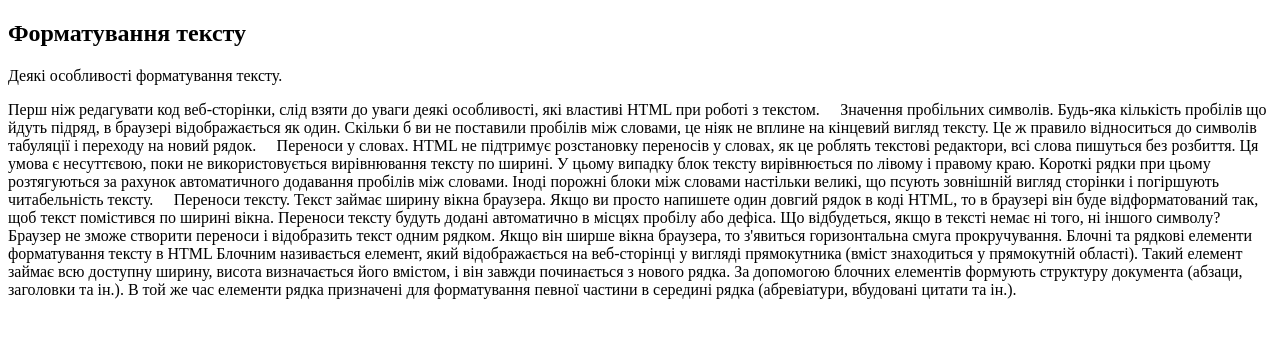
Repository: KseniaMakara/Web
Page: Web/directory.html
The author's editor kept a copy of each file at every save. The page is drawn from the files as they stood at one save, then again after the next save.
The browser window is 1280 px wide. The pictures show the whole page.

Above is the page before, as saved 2021-02-15 16:09:51.

### Web/directory.html

    <!doctype HTML>
    <html>
        <head>
           <title>First HTML</title>
        </head>
    <body>
        <h2>Форматування тексту </h2>
        <p>Деякі особливості форматування тексту.</p>
        Перш ніж редагувати код веб-сторінки, слід взяти до уваги деякі
        особливості, які властиві HTML при роботі з текстом.
         Значення пробільних символів. Будь-яка кількість пробілів що йдуть
        підряд, в браузері відображається як один. Скільки б ви не поставили пробілів
        між словами, це ніяк не вплине на кінцевий вигляд тексту. Це ж правило
        відноситься до символів табуляції і переходу на новий рядок.
         Переноси у словах. HTML не підтримує розстановку переносів у
        словах, як це роблять текстові редактори, всі слова пишуться без розбиття. Ця
        умова є несуттєвою, поки не використовується вирівнювання тексту по ширині.
        У цьому випадку блок тексту вирівнюється по лівому і правому краю. Короткі
        рядки при цьому розтягуються за рахунок автоматичного додавання пробілів між
        словами. Іноді порожні блоки між словами настільки великі, що псують
        зовнішній вигляд сторінки і погіршують читабельність тексту.
         Переноси тексту. Текст займає ширину вікна браузера. Якщо ви
        просто напишете один довгий рядок в коді HTML, то в браузері він буде
        відформатований так, щоб текст помістився по ширині вікна. Переноси тексту
        будуть додані автоматично в місцях пробілу або дефіса. Що відбудеться, якщо в
        тексті немає ні того, ні іншого символу? Браузер не зможе створити переноси і
        відобразить текст одним рядком. Якщо він ширше вікна браузера, то з'явиться
        горизонтальна смуга прокручування.
        Блочні та рядкові елементи форматування тексту в HTML
        Блочним називається елемент, який відображається на веб-сторінці у вигляді
        прямокутника (вміст знаходиться у прямокутній області). Такий елемент займає
        всю доступну ширину, висота визначається його вмістом, і він завжди
        починається з нового рядка. За допомогою блочних елементів формують
        структуру документа (абзаци, заголовки та ін.). В той же час елементи рядка
        призначені для форматування певної частини в середині рядка (абревіатури,
        вбудовані цитати та ін.).



</body>
    </html>

After the next save:
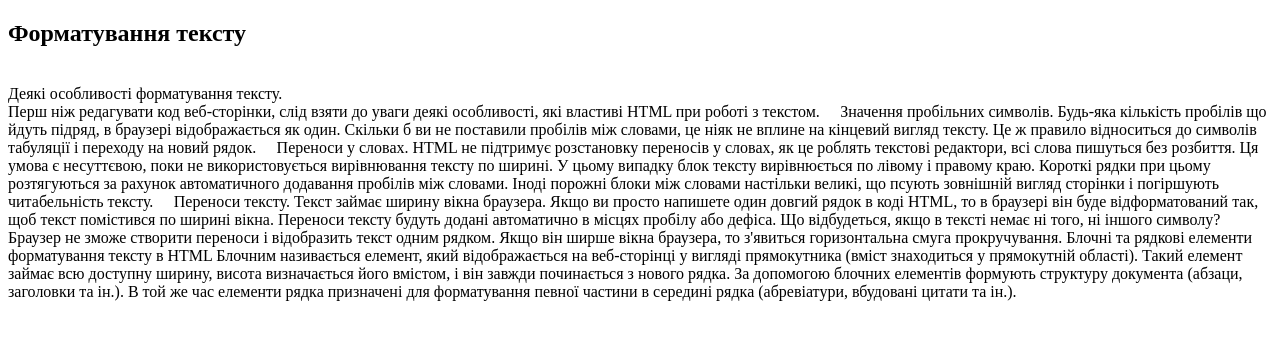
Saved 42 s later.
--- a/Web/directory.html
+++ b/Web/directory.html
@@ -6,7 +6,7 @@
         </head>
     <body>
         <h2>Форматування тексту </h2>
-        <p>Деякі особливості форматування тексту.</p>
+        <br>Деякі особливості форматування тексту.</br>
         Перш ніж редагувати код веб-сторінки, слід взяти до уваги деякі
         особливості, які властиві HTML при роботі з текстом.
          Значення пробільних символів. Будь-яка кількість пробілів що йдуть
